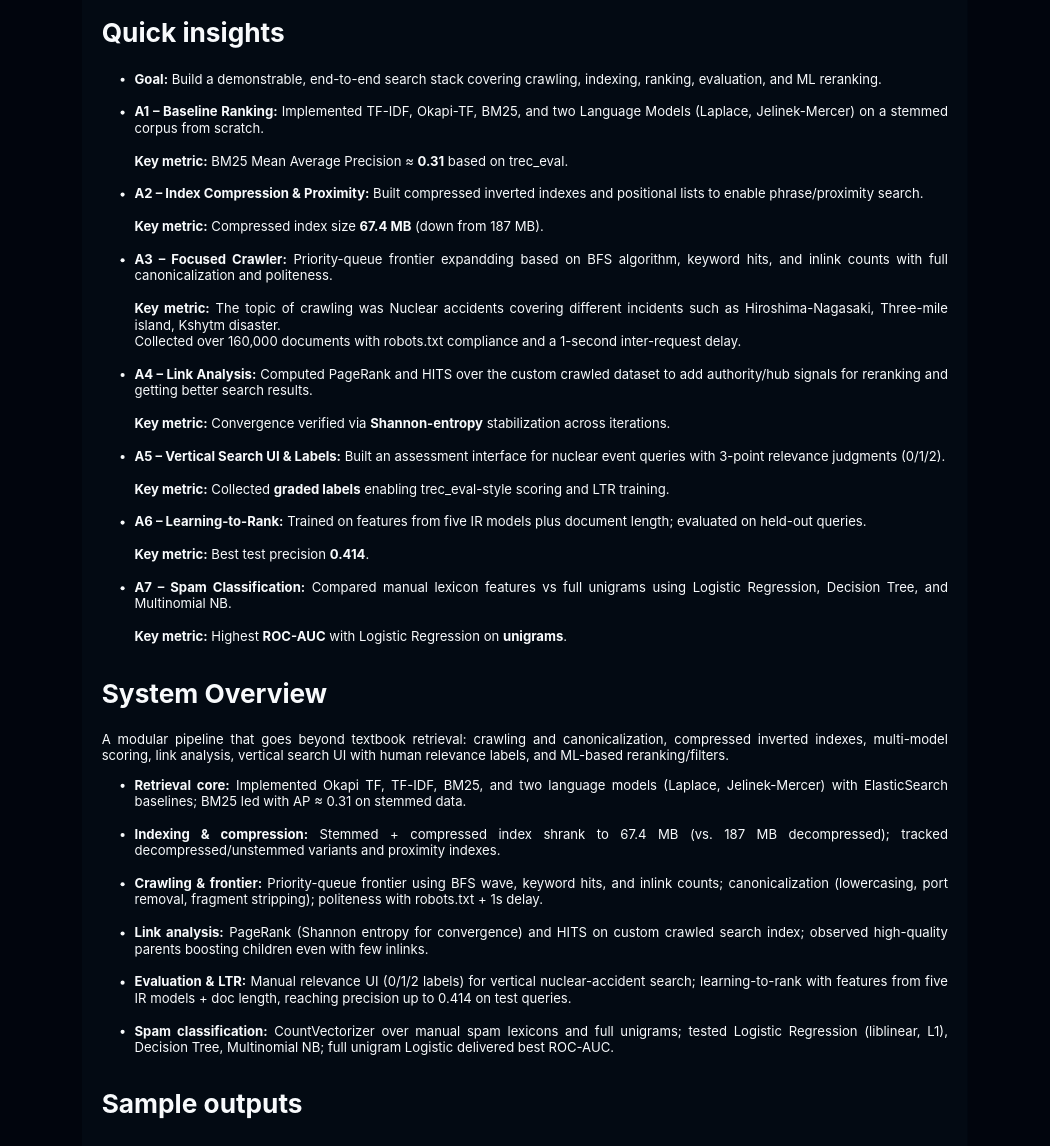
Repository: Abdulaziz-04/Abdulaziz-04.github.io
Page: deepdives/backend_systems/search_engine/search_engine.html
The author's editor kept a copy of each file at every save. The page is drawn from the files as they stood at one save, then again after the next save.
The browser window is 1280 px wide. The pictures show the part of the page from y = 873 to 2270 px (the page is 4842 px tall), at 82% of full size.
A picture or video elsewhere on the page could not be fetched, so the positions and the page height are approximate.

Above is the page before, as saved 2025-11-21 18:09:34.

After the next save:
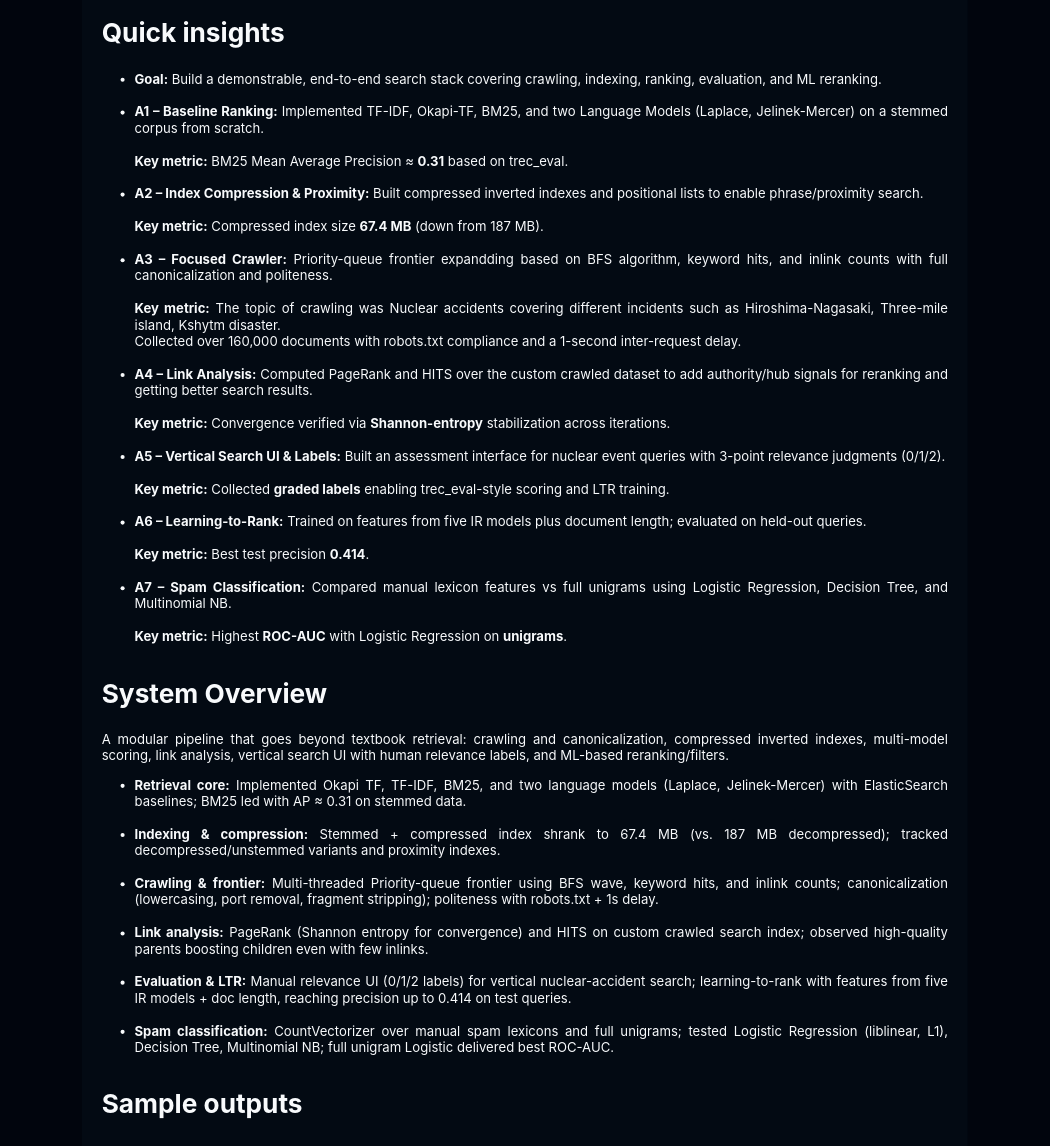
Saved 25 s later.
--- a/deepdives/backend_systems/search_engine/search_engine.html
+++ b/deepdives/backend_systems/search_engine/search_engine.html
@@ -170,9 +170,9 @@
           <br />
           <li>
             <b>Crawling &amp; frontier:</b>
-            Priority-queue frontier using BFS wave, keyword hits, and inlink
-            counts; canonicalization (lowercasing, port removal, fragment
-            stripping); politeness with robots.txt + 1s delay.
+            Multi-threaded Priority-queue frontier using BFS wave, keyword hits,
+            and inlink counts; canonicalization (lowercasing, port removal,
+            fragment stripping); politeness with robots.txt + 1s delay.
           </li>
           <br />
           <li>
